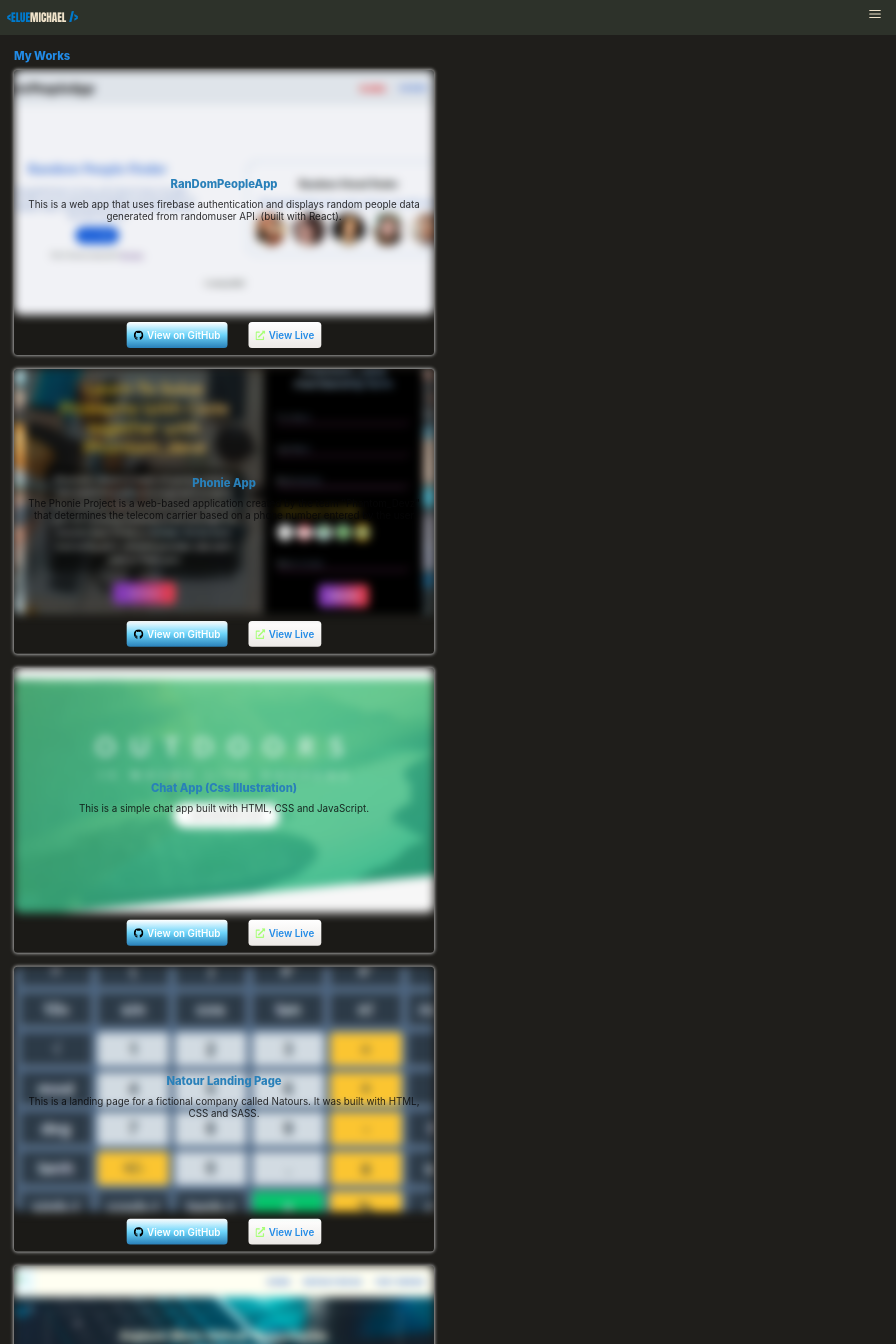
Repository: MikkyPrestige/portfolio
Page: /projects
An editor plug-in stored every save of this project. The page is shown before and after the next save, followed by the edit.
The browser window is 1280 px wide. The pictures show the part of the page from y = 0 to 1920 px (the page is 5651 px tall), at 70% of full size.
The project was rebuilt for these pictures with package versions that can differ from the ones it lists, and the page was loaded fresh each time. Also part of the build but not shown: src/components/avatar.jsx, src/components/home.jsx, src/components/about.jsx, src/components/fallback.jsx.

Above is the page before, as saved 2023-02-21 19:19:55.

After the next save:
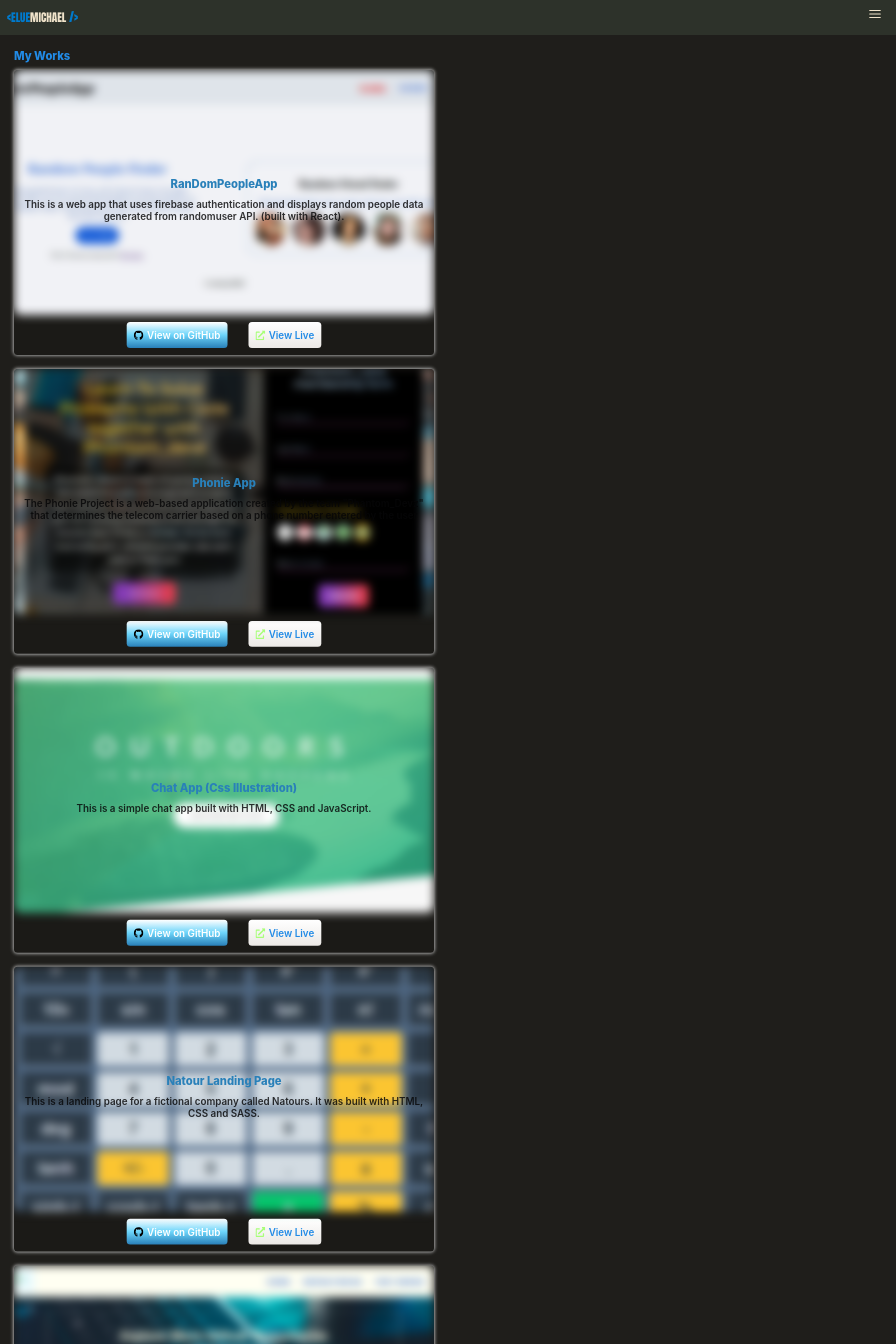
Saved 20 s later.
--- a/src/assets/styles/sass/pages/_projects.scss
+++ b/src/assets/styles/sass/pages/_projects.scss
@@ -131,7 +131,7 @@
       &__desc {
         font-family: var(--font--family--secondary);
         font-size: var(--font-size--medium);
-        font-weight: var(--font-weight--regular);
+        font-weight: var(--font-weight--medium);
         color: var(--dark-blue-op);
         text-align: center;
       }
